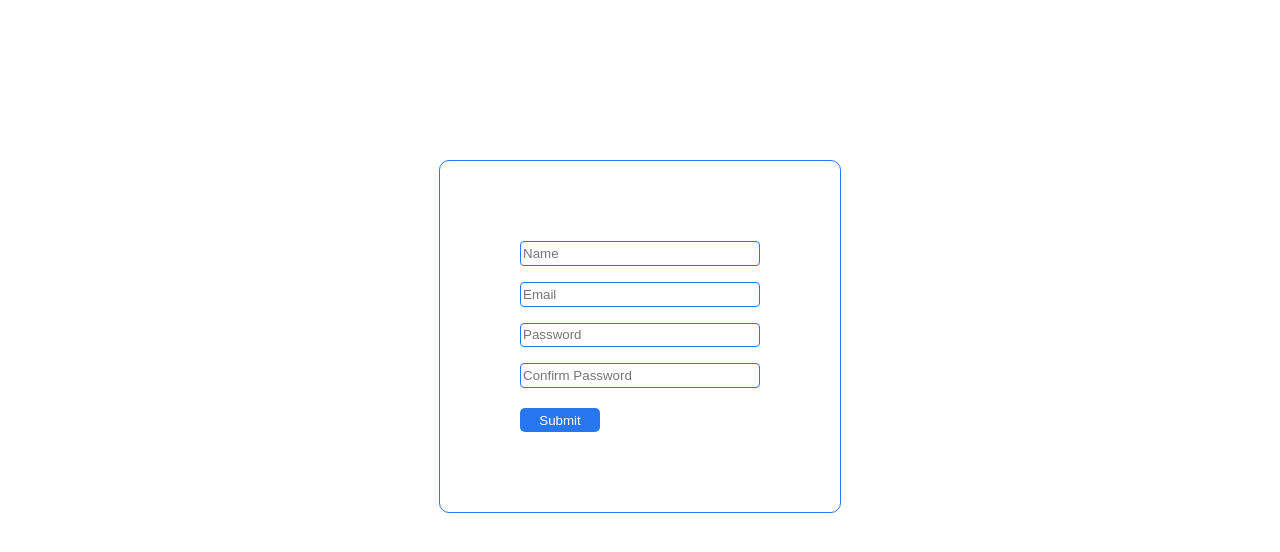
Repository: samuelp244/Ticket-Managment-System
Page: /signup (app in app/)
The author's editor kept a copy of each file at every save. The page is drawn from the files as they stood at one save, then again after a run of saves.
The browser window is 1280 px wide. The pictures show the whole page.
The project was rebuilt for these pictures with package versions that can differ from the ones it lists, and the page was loaded fresh each time. Also part of the build but not shown: app/src/components/MainPage.css, app/src/components/MainPage.tsx.

Above is the page before, as saved 2022-08-17 21:17:36.

### app/src/App.tsx
import React from 'react';
import { BrowserRouter as Router, Route, Routes} from "react-router-dom"
import Footer from './components/Footer';
import SignUpComm from './components/forms/SignUpComm';

import MainPage from './components/MainPage';


function App() {
  return (
    <div className="">
      <Router>
        <Routes>
          <Route path="/" element={<MainPage/>}></Route>
          <Route path="/signup" element={<SignUpComm/>}></Route>
        </Routes>
      </Router>
      {/* <MainPage/>
      <SignUpComm/>
      <Footer/> */}
    </div>
  );
}

export default App;

### app/src/components/forms/SignUpComm.tsx
import React from 'react';
import './SignUpComm.css'

const SignUpComm = () => {
  return (
    <form>
        <div className='details'>
          <input type="text" placeholder='Name' required/>
          {/* <select name="account type" id="acct-type">
              <option value="customer">Individual</option>
              <option value="root-user">Organization</option>
          </select> */}
          <input type="email" placeholder='Email' required/>
          <input type="password" placeholder='Password' required/>
          <input type="password" placeholder='Confirm Password' required/>
        </div>
        <button type="submit">Submit</button>

    </form>
  )
}

export default SignUpComm

### app/src/components/forms/SignUpComm.css
form{
    margin:auto;
    margin-top: 10rem;
    padding: 5rem;
    border: 1px solid rgb(39, 119, 240);
    border-radius: 10px;
    width: 15rem;
    display: flex;
    flex-direction: column;




}

.details{
    display: flex;
    flex-direction: column;
    row-gap: 1rem;

}

button{
    margin-top: 20px;
    width: 5rem;
    height: 1.5rem;
    border-radius: 5px;
    color: rgb(255, 255, 255);
    background-color: rgb(39, 119, 240);
    border: none;

}

input{
    border: 1px solid rgb(39, 119, 240);
    height: 1.3rem;
    border-radius: 4px;
}

Loaded but not shown: app/public/index.html (common file); app/src/index.tsx (common file); app/src/index.css (common file)

After the next 2 saves:
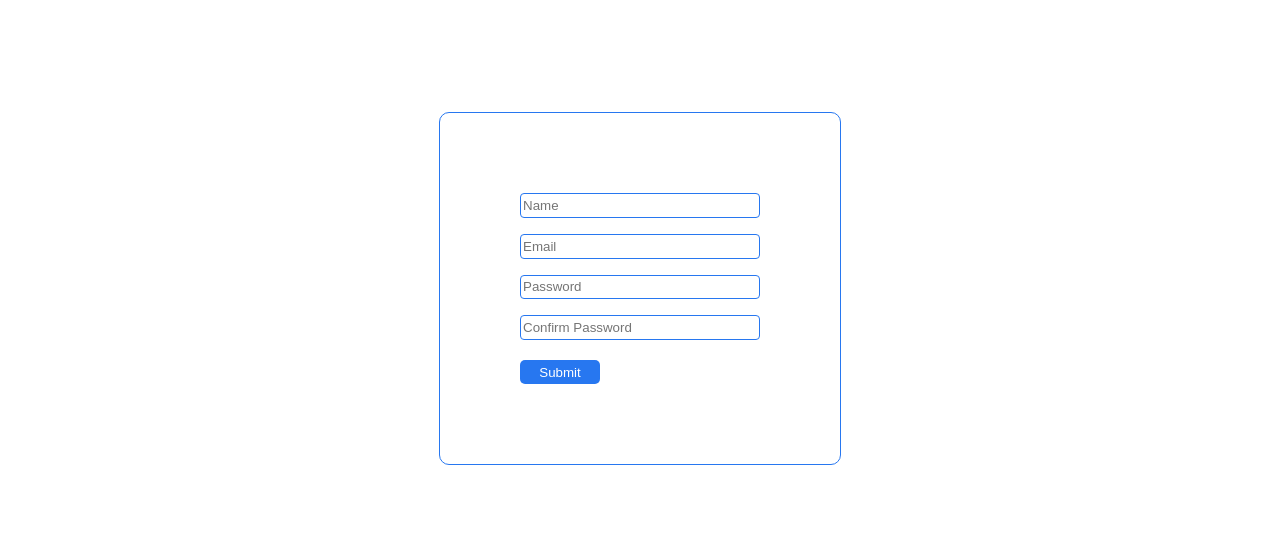
The 2 saves are shown as one change because they came seconds apart.
The last was saved 11 s later.
--- a/app/src/components/forms/SignUpComm.css
+++ b/app/src/components/forms/SignUpComm.css
@@ -1,6 +1,6 @@
 form{
     margin:auto;
-    margin-top: 10rem;
+    margin-top: 7rem;
     padding: 5rem;
     border: 1px solid rgb(39, 119, 240);
     border-radius: 10px;
